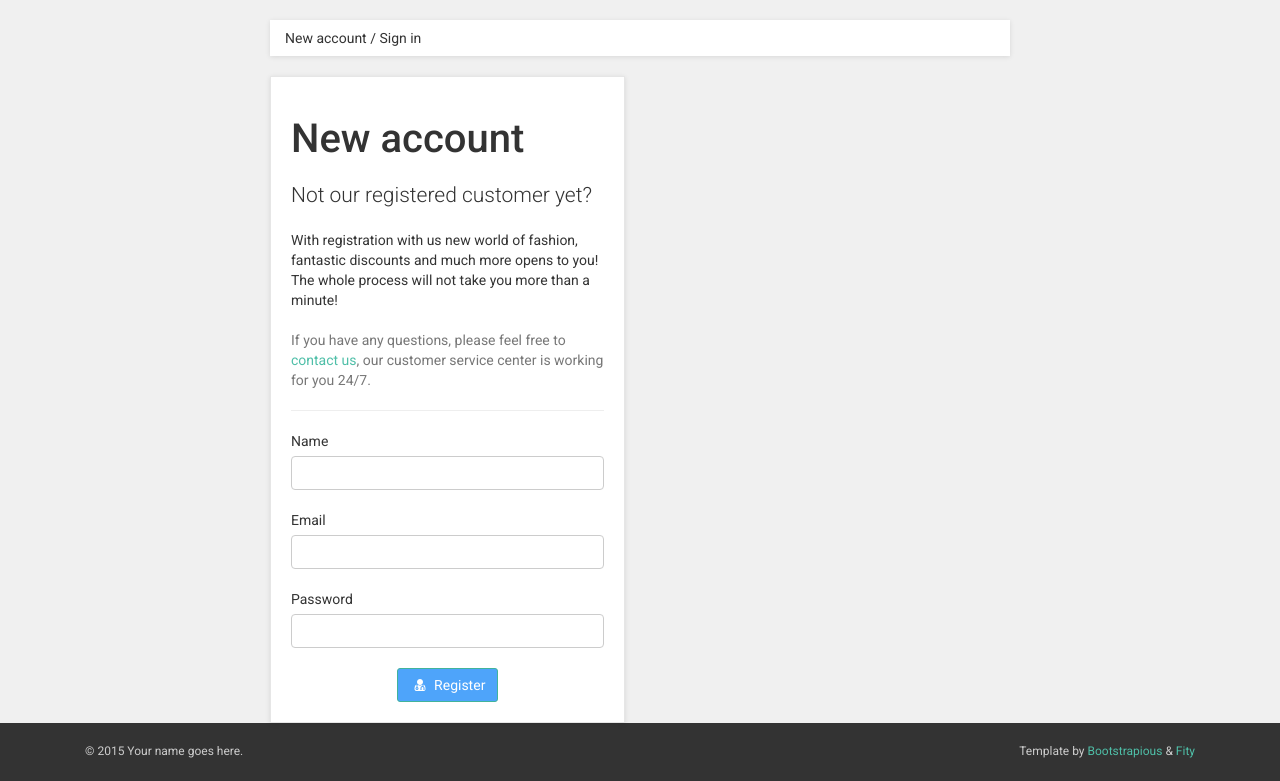
Repository: Sagnikb9/JavaDevops-Ecommerce
Page: http://localhost/MedioxyPharm/register
The author's editor kept a copy of each file at every save. The page is drawn from the files as they stood at one save, then again after the next save.
The browser window is 1280 px wide. The pictures show the whole page.
The page is served by Tomcat 9.

Above is the page before, as saved 2017-10-01 23:21:16.

After the next save:
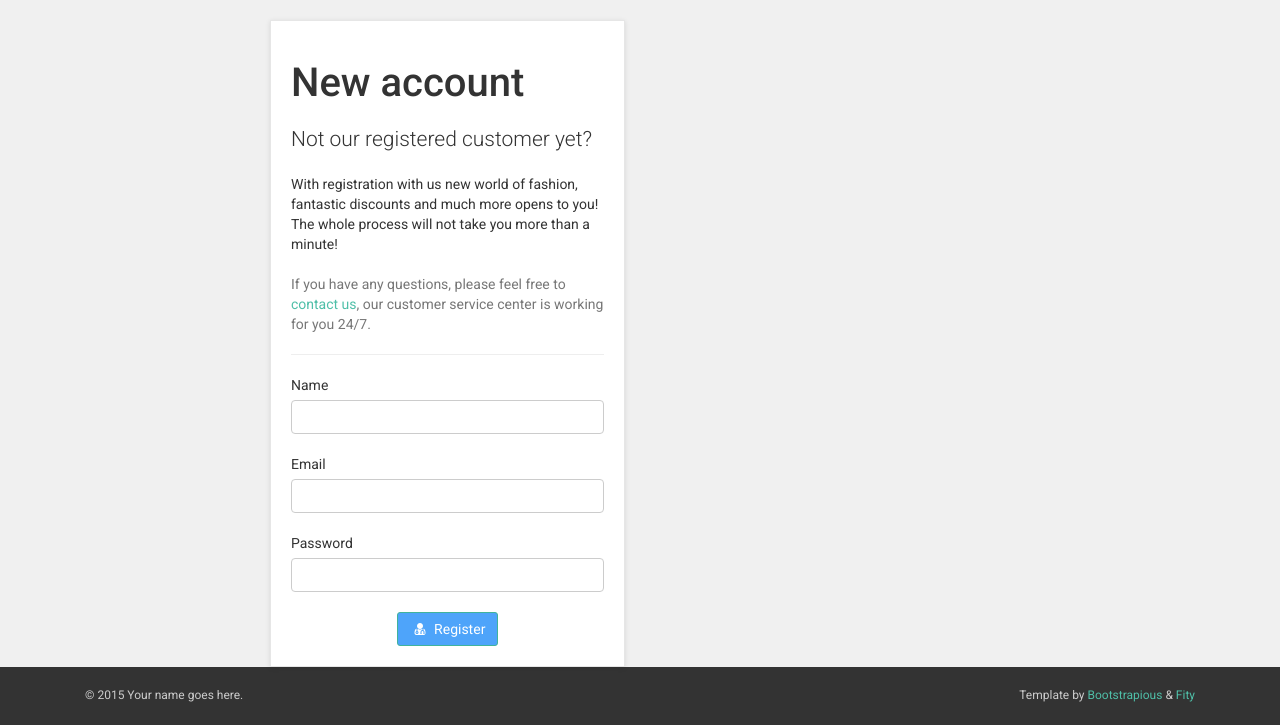
Saved 35 s later.
--- a/MedioxyPharm/src/main/webapp/WEB-INF/views/register.jsp
+++ b/MedioxyPharm/src/main/webapp/WEB-INF/views/register.jsp
@@ -57,14 +57,6 @@
         <div id="content">
             <div class="container" style="width:800px; margin: 0 auto">
 
-                <div class="col-md-12">
-
-                    <ul class="breadcrumb">
-
-                        <li>New account / Sign in</li>
-                    </ul>
-
-                </div>
 
                 <div class="col-md-6">
                     <div class="box">
